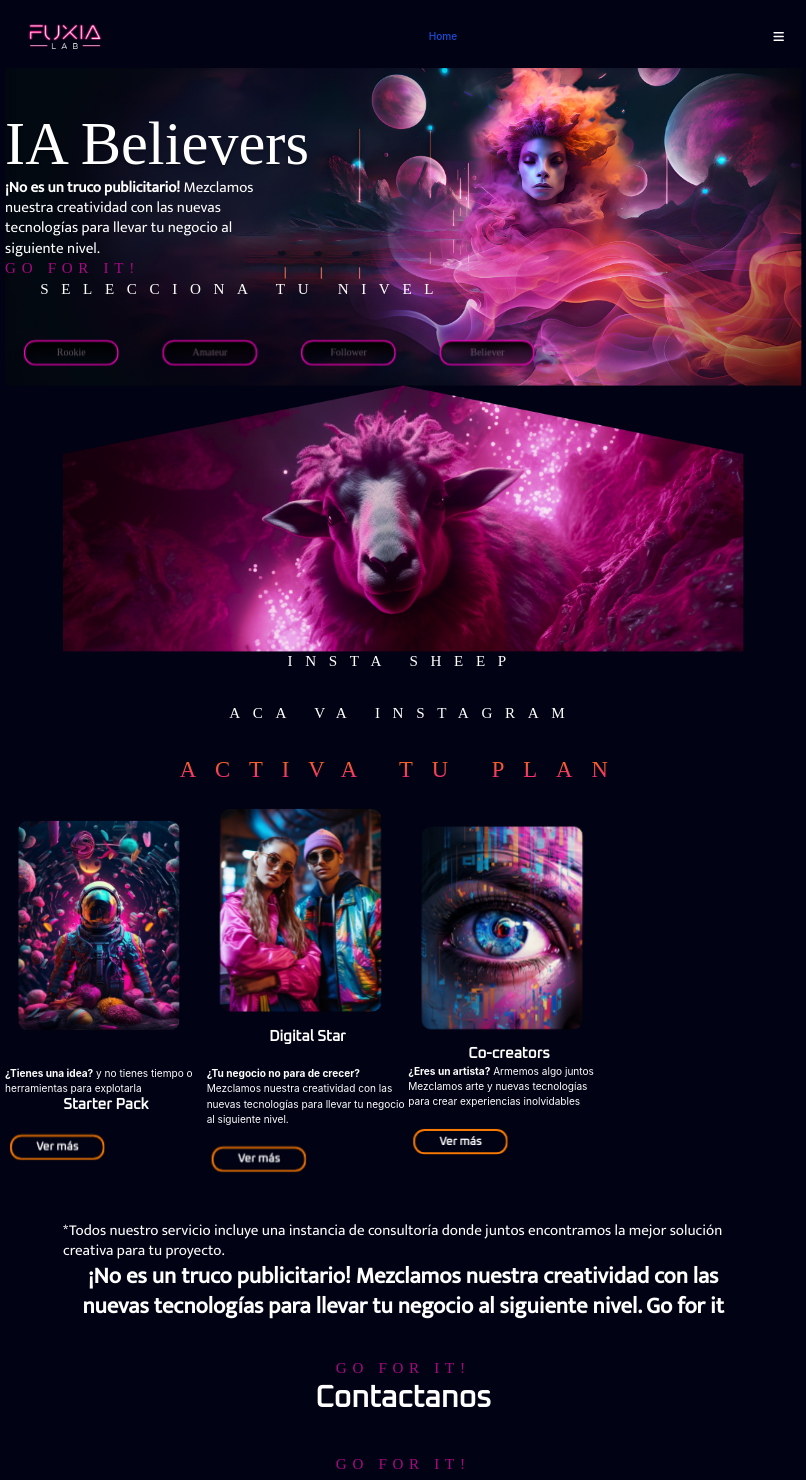
Repository: itsomosedison/tailwind-landing-page
Page: index.html
The author's editor kept a copy of each file at every save. The page is drawn from the files as they stood at one save, then again after the next save.
The browser window is 1280 px wide. The pictures show the whole page, at 63% of full size.
Some web fonts or font styles are not loaded; a fallback is used.

Above is the page before, as saved 2023-09-30 20:09:32.

### index.html
<!DOCTYPE html>
 <html lang="en" class="">
<head>
    <meta charset="UTF-8">
    <meta http-equiv="X-UA-Compatible" content="IE=edge">
    <meta name="viewport" content="width=device-width, initial-scale=1.0">
    <title>Fuxia Lab</title>
    <meta name="description" content="Creamos contenido para tu negocio. FOTOS - VIDEOS - PACKS DE IMAGENES. Tenemos packs de contenido hechos a tu medida.">
    <link href="./output.css" rel="stylesheet">
</head>
<body>
    <header>
        <nav class="fuxiaNavBar px-4 lg:px-6 py-2.5 dark:bg-gray-800">
            <div class="flex flex-wrap justify-between items-center mx-auto max-w-screen-xl">
                <a href="https://fuxialab.com" class="flex items-center">
                    <img src="recursos/LogoFuxiaHorizontal.png" class="logo mr-3 h-6 sm:h-9" alt="FuxiaLab Logo" />
                </a>
                <div class="flex items-center lg:order-2">
                        <span class="sr-only">Abrir menu principal</span>
                        <svg class="w-6 h-6" fill="currentColor" viewBox="0 0 20 20" xmlns="http://www.w3.org/2000/svg"><path fill-rule="evenodd" d="M3 5a1 1 0 011-1h12a1 1 0 110 2H4a1 1 0 01-1-1zM3 10a1 1 0 011-1h12a1 1 0 110 2H4a1 1 0 01-1-1zM3 15a1 1 0 011-1h12a1 1 0 110 2H4a1 1 0 01-1-1z" clip-rule="evenodd"></path></svg>
                        <svg class="hidden w-6 h-6" fill="currentColor" viewBox="0 0 20 20" xmlns="http://www.w3.org/2000/svg"><path fill-rule="evenodd" d="M4.293 4.293a1 1 0 011.414 0L10 8.586l4.293-4.293a1 1 0 111.414 1.414L11.414 10l4.293 4.293a1 1 0 01-1.414 1.414L10 11.414l-4.293 4.293a1 1 0 01-1.414-1.414L8.586 10 4.293 5.707a1 1 0 010-1.414z" clip-rule="evenodd"></path></svg>
                    </button>
                </div>
                <div class="hidden justify-between items-center w-full lg:flex lg:w-auto lg:order-1" id="mobile-menu-2">
                    <ul class="flex flex-col mt-4 font-medium lg:flex-row lg:space-x-8 lg:mt-0">
                        <li>
                            <a href="#" class="block py-2 pr-4 pl-3 text-white rounded bg-primary-700 lg:bg-transparent lg:text-primary-700 lg:p-0 dark:text-white" aria-current="page">Home</a>
                        </li>

                    </ul>
                </div>
            </div>
        </nav>
    </header>

    <div class="hero containerFuxiaHero flex-col">
        <div class="flex-col"  style="max-width:  1080px;align-items: center;">
            <h1 class="FuxiaH1">IA Believers</h1>

            <div class="flex-row" style="max-width: 400px;">
                <h2 class="FuxiaH2"> <b>¡No es un truco publicitario!</b> Mezclamos nuestra creatividad con las nuevas tecnologías para llevar tu negocio al siguiente nivel.</h2>
                <p class="FuxiaSpecialText">GO FOR IT!</p>
            </div>
            <div class="flex-row" style="text-align: center;width:70%">
                <p class="WhiteSpecialText" style="text-align: center;">SELECCIONA TU NIVEL</p>
            </div>
            <div class="flex-col">
                    <button class="FuxiaButton">Rookie</button>
                    <button class="FuxiaButton">Amateur</button>
                    <button class="FuxiaButton">Follower</button>
                    <button class="FuxiaButton">Believer</button>
            </div>
        </div>
    </div>

    <div class="containerFuxia flex-col" style="max-width:  1080px;align-items: center;">
        <img src="recursos/sheepHero2.png" alt="Imagen de la oveja" style="width:1920px;" />
        <p class="WhiteSpecialText" style="text-align: center;">INSTA SHEEP</p>
        <p class="WhiteSpecialText" style="text-align: center;">ACA VA INSTAGRAM</p>
    </div>

    <div class="containerFuxia flex-col" style="max-width:  1080px;align-items: center;">
        <p class="GradienteSpecialText" style="text-align: center;">ACTIVA TU PLAN</p>
    </div>

    <div class="containerFuxiaCards flex-row" style="max-width:  1080px;align-items: center;">
                <div class="cardContainer">
                    <a href="https://api.whatsapp.com/send/?phone=5401138519899&text=Hola%21+vi+tu+anuncio+en+la+web+y+estoy+interesado+en+un+Starter+Pack" target="_blank" class="fuxiaCard">
                        <img class="cardImg" src="recursos/start.png" alt="Imagen de la oveja" />
                    </a>
                    <p class="mt-8"><b>¿Tienes una idea?</b> y no tienes tiempo o herramientas para explotarla</p>
                    <h1 class="cardH1">Starter Pack</h1>
                    <br>
                    <button class="gradientButton">Ver más</button>
                </div>

                <div class="cardContainer">
                    <a href="https://api.whatsapp.com/send/?phone=5401138519899&text=Hola%21+vi+tu+anuncio+en+la+web+y+estoy+interesado+en+ser+un+Digital+Star" target="_blank" class="fuxiaCard">
                        <img class="cardImg" src="recursos/star.png" alt="Imagen de la oveja" />

                    </a>
                    <h1 class="cardH1">Digital Star</h1>
                    <p class="mt-8"> <b>¿Tu negocio no para de crecer?</b> Mezclamos nuestra creatividad con las nuevas tecnologías para llevar tu negocio al siguiente nivel.</p>
                    <br>
                    <button class="gradientButton">Ver más</button>
                </div>


                <div class="cardContainer">
                    <a href="https://api.whatsapp.com/send/?phone=5401138519899&text=Hola%21+vi+tu+anuncio+en+la+web+y+estoy+interesado+en+co+crear+un+proyecto+jun" target="_blank" class="fuxiaCard">
                        <img class="cardImg" src="recursos/cocrea.png" alt="Imagen de la oveja" />
                    </a>
                    <h1 class="cardH1">Co-creators</h1>
                    <p class=""><b>¿Eres un artista?</b> Armemos algo juntos</p> Mezclamos arte y nuevas tecnologías para crear experiencias inolvidables</p>
                    <br>
                    <button class="gradientButton">Ver más</button>
                </div>
            </div>
            </div>
        </section>
    </div>

        <div class="containerFuxia flex-row" style="max-width:  1080px;align-items: center;">
                    <p class="FuxiaH2">*Todos nuestro servicio incluye una instancia de consultoría donde juntos encontramos la mejor solución creativa para tu proyecto.</p>
        </div>

        <div class="containerFuxia flex-row" style="max-width:  1080px;align-items: center;">

                <p class="quoteText">¡No es un truco publicitario! Mezclamos nuestra creatividad con las nuevas tecnologías para llevar tu negocio al siguiente nivel. Go for it</p>
                <p class="FuxiaSpecialText" style="margin-top:60px">GO FOR IT!</p>
        </div>

        <div class="containerFuxia flex-row" style="max-width:  1080px;align-items: center;">
                <p class="contactenosH1">Contactanos</p>
                <p class="FuxiaSpecialText" style="margin-top:60px">GO FOR IT!</p>
        </div>

</body>
</html>

Loaded but not shown: output.css (2746 lines, source omitted)

After the next save:
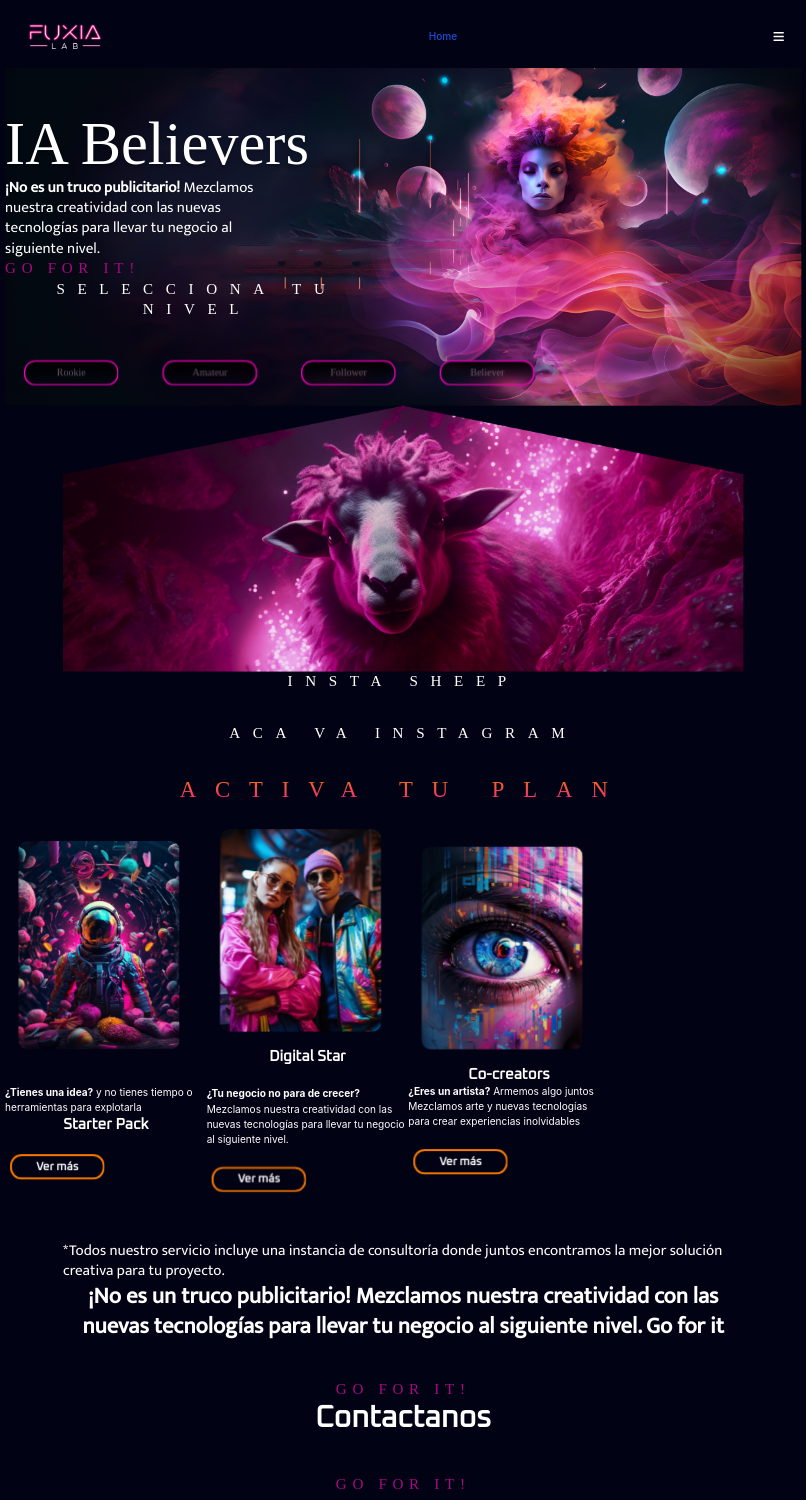
Saved 93 s later.
--- a/index.html
+++ b/index.html
@@ -33,7 +33,7 @@
         </nav>
     </header>
 
-    <div class="hero containerFuxiaHero flex-col">
+    <div class="hero containerFuxiaHero flex">
         <div class="flex-col"  style="max-width:  1080px;align-items: center;">
             <h1 class="FuxiaH1">IA Believers</h1>
 

After the save that followed:
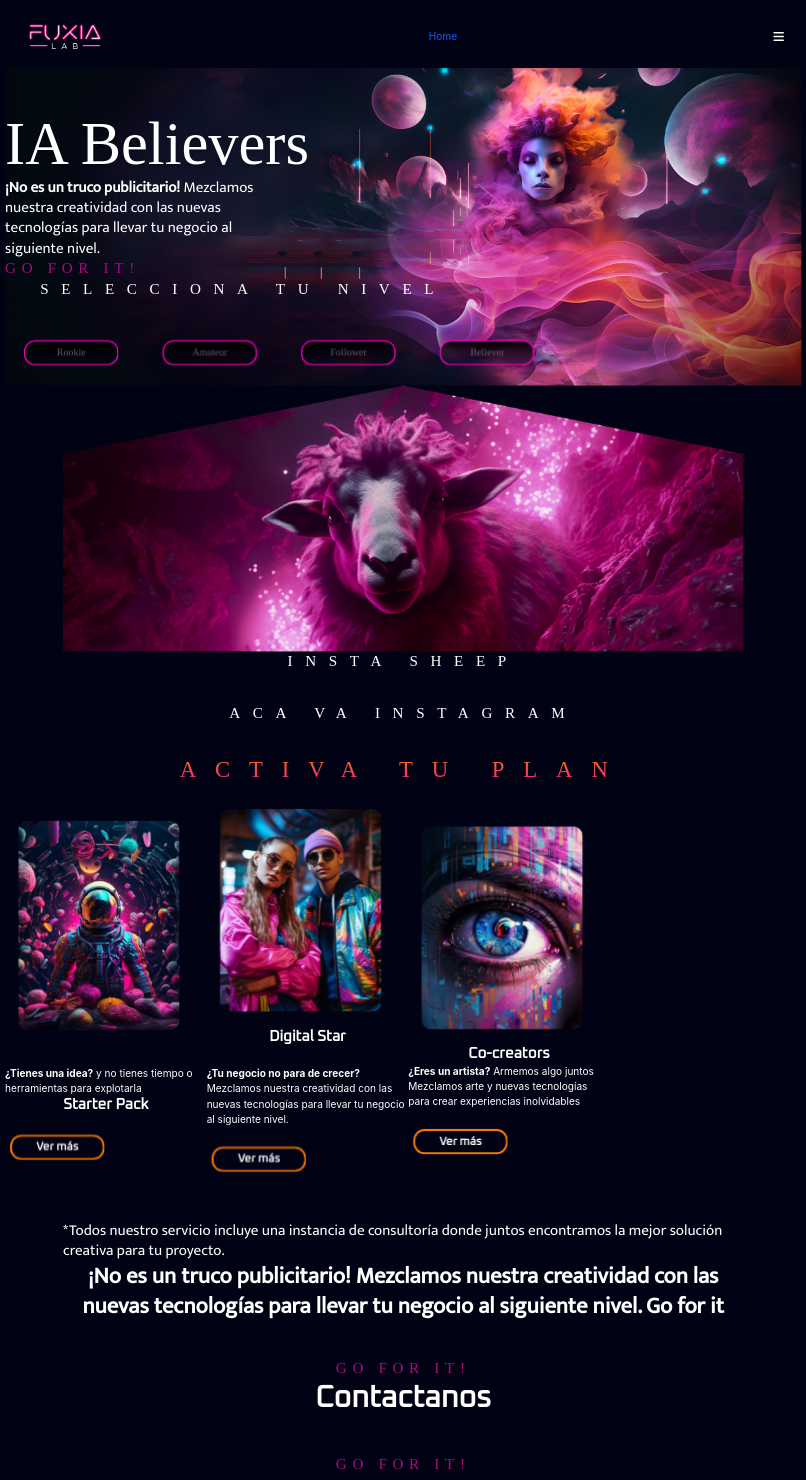
Saved 19 s later.
--- a/index.html
+++ b/index.html
@@ -33,7 +33,7 @@
         </nav>
     </header>
 
-    <div class="hero containerFuxiaHero flex">
+    <div class="hero containerFuxiaHero">
         <div class="flex-col"  style="max-width:  1080px;align-items: center;">
             <h1 class="FuxiaH1">IA Believers</h1>
 
